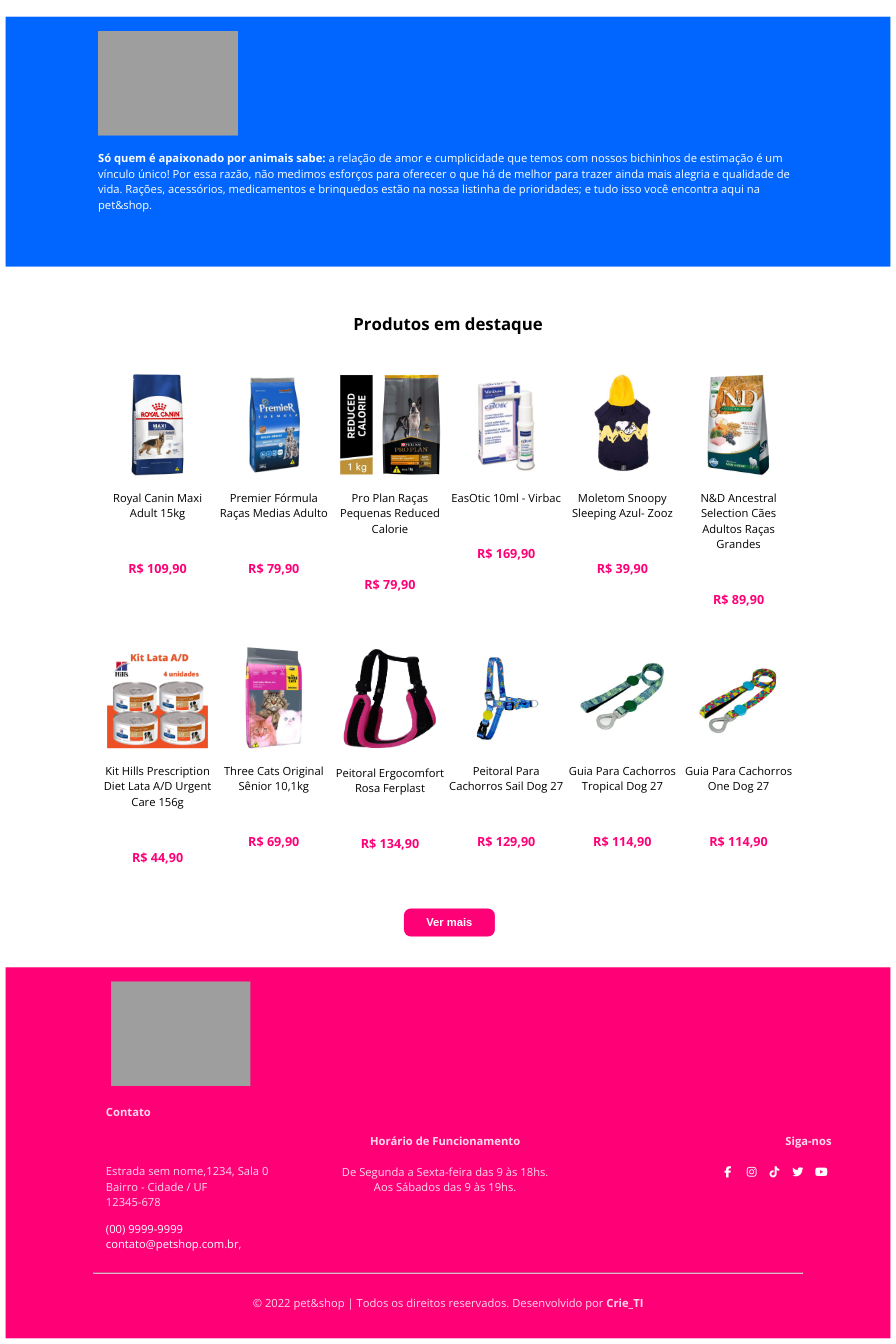
Repository: Iluiscarlos/Projeto-Site-PetShop
Page: Index.html
These files come from the project's save history. The page is drawn as it stood at one moment and after the next save; the edit follows.
The browser window is 1280 px wide. The pictures show the part of the page from y = 1107 to 3027 px (the page is 3027 px tall before and 2997 px after), at 70% of full size.
Pictures or frames that could not be fetched are drawn as grey boxes. Some web libraries are served in a nearby version.

Above is the page before, as saved 2022-04-25 20:18:14.

After the next save:
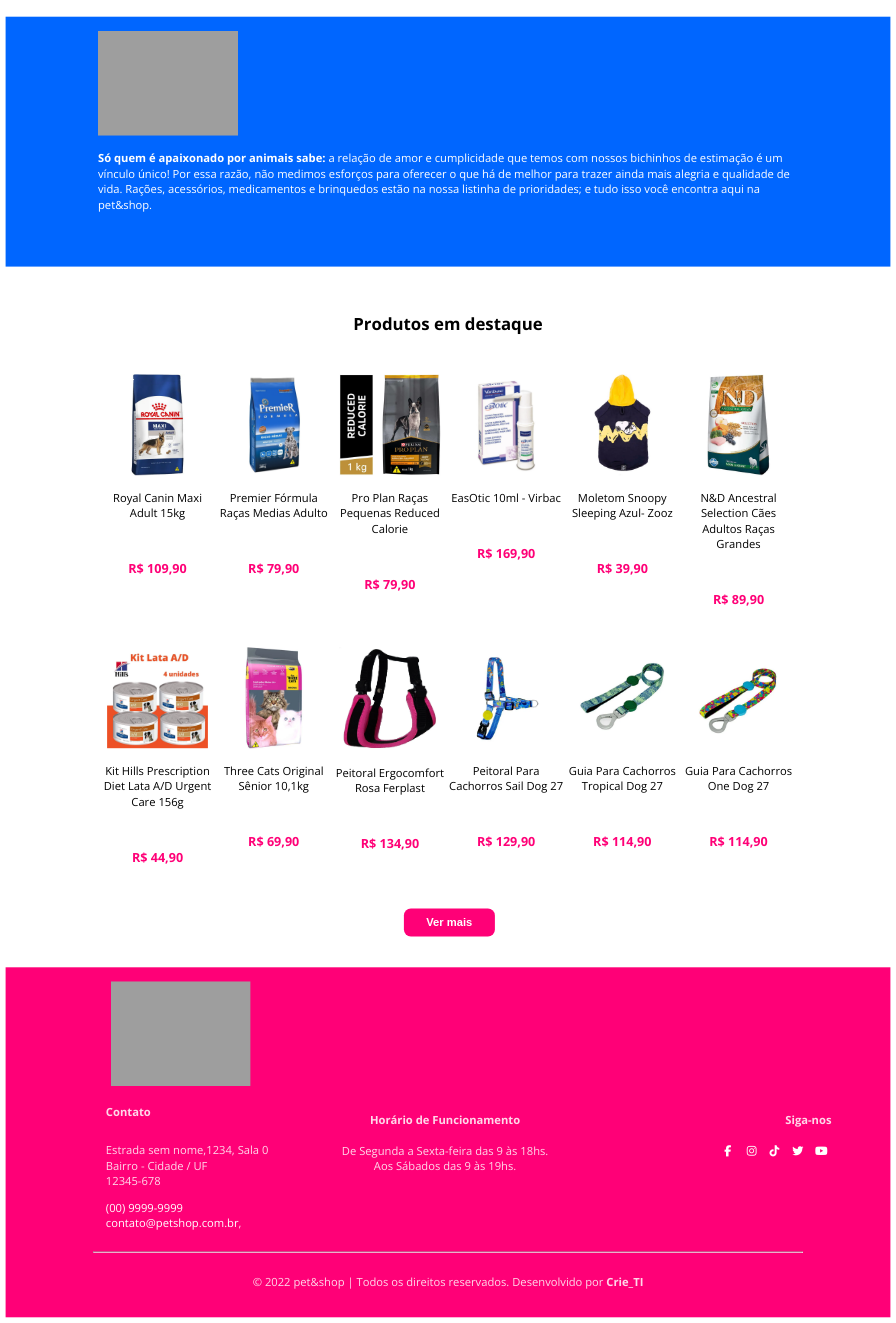
Saved 10 s later.
--- a/Index.html
+++ b/Index.html
@@ -453,7 +453,7 @@
       <img src="logo-white.svg" class="logo-about" style="padding-left: 150px;">
     <section id="contacts" class="container">
       <address>
-        <h4 style="font-style:normal; padding-bottom: 40px;"><b>Contato</b></h4>
+        <h4 style="font-style:normal; padding-bottom: 10px;"><b>Contato</b></h4>
         <p style="font-style: normal;";>Estrada sem nome,1234, Sala 0 <br/>
           Bairro - Cidade / UF <br/>
           12345-678</p>
